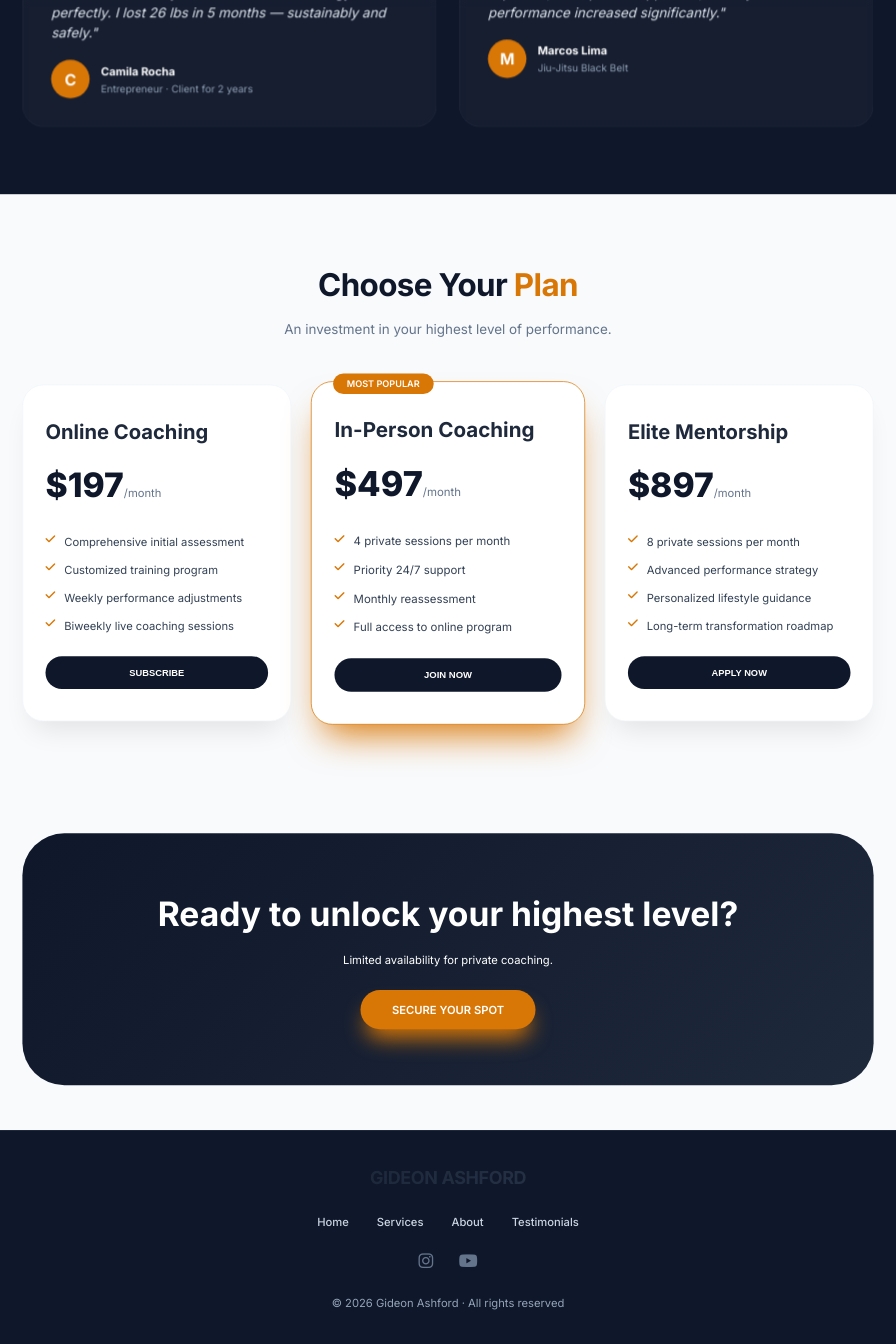
Repository: davidfsillva/Alex-Personal
Page: index.html
These files come from the project's save history. The page is drawn as it stood at one moment and after the next save; the edit follows.
The browser window is 1280 px wide. The pictures show the part of the page from y = 2739 to 4659 px (the page is 4659 px tall), at 70% of full size.

Above is the page before, as saved 2026-02-18 21:39:25.
Not found: script.js

After the next save:
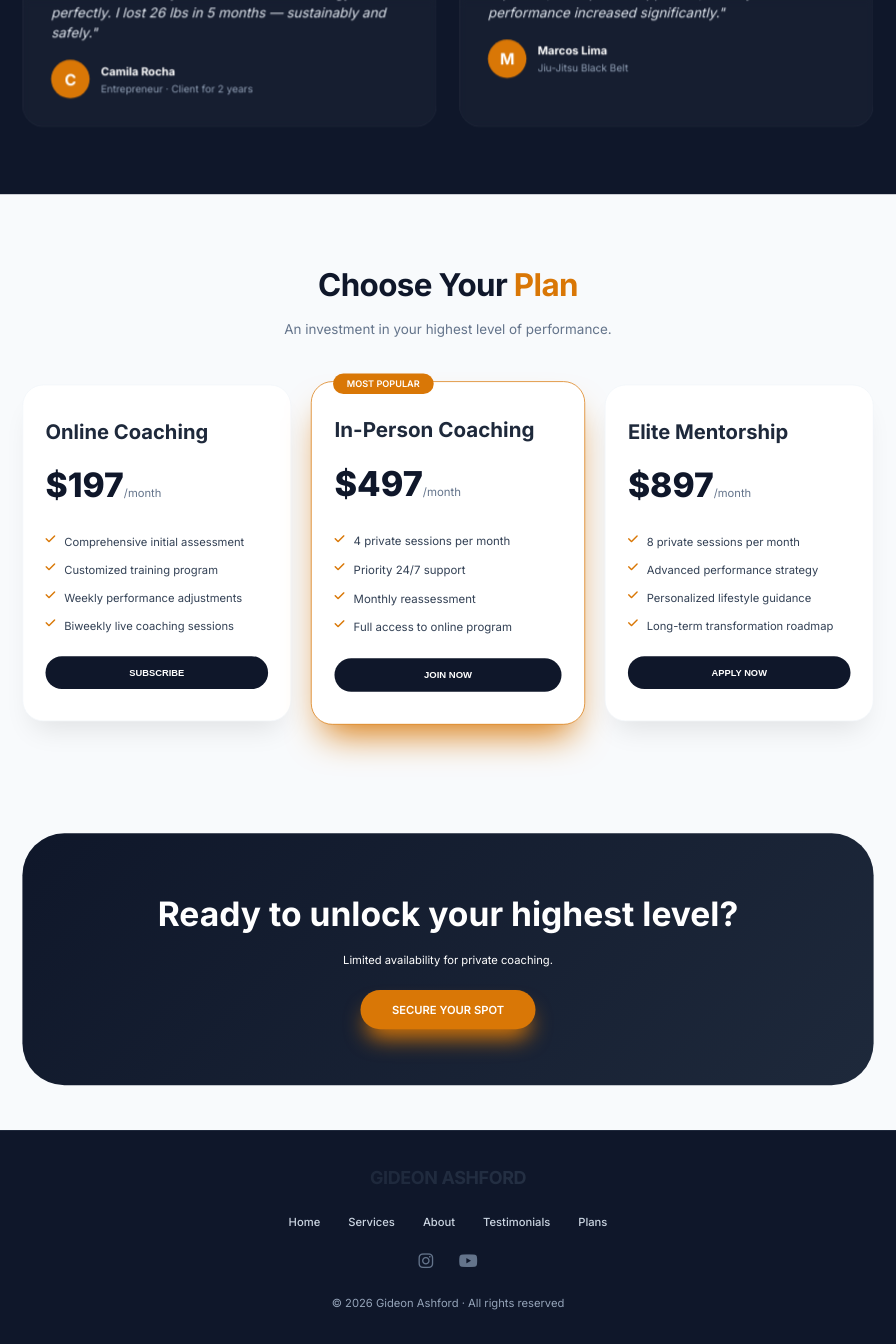
Saved 6 s later.
--- a/index.html
+++ b/index.html
@@ -277,6 +277,7 @@
         <a href="#services">Services</a>
         <a href="#about">About</a>
         <a href="#testimonials">Testimonials</a>
+        <a href="#plans">Plans</a>
     </div>
 
     <div class="social">
